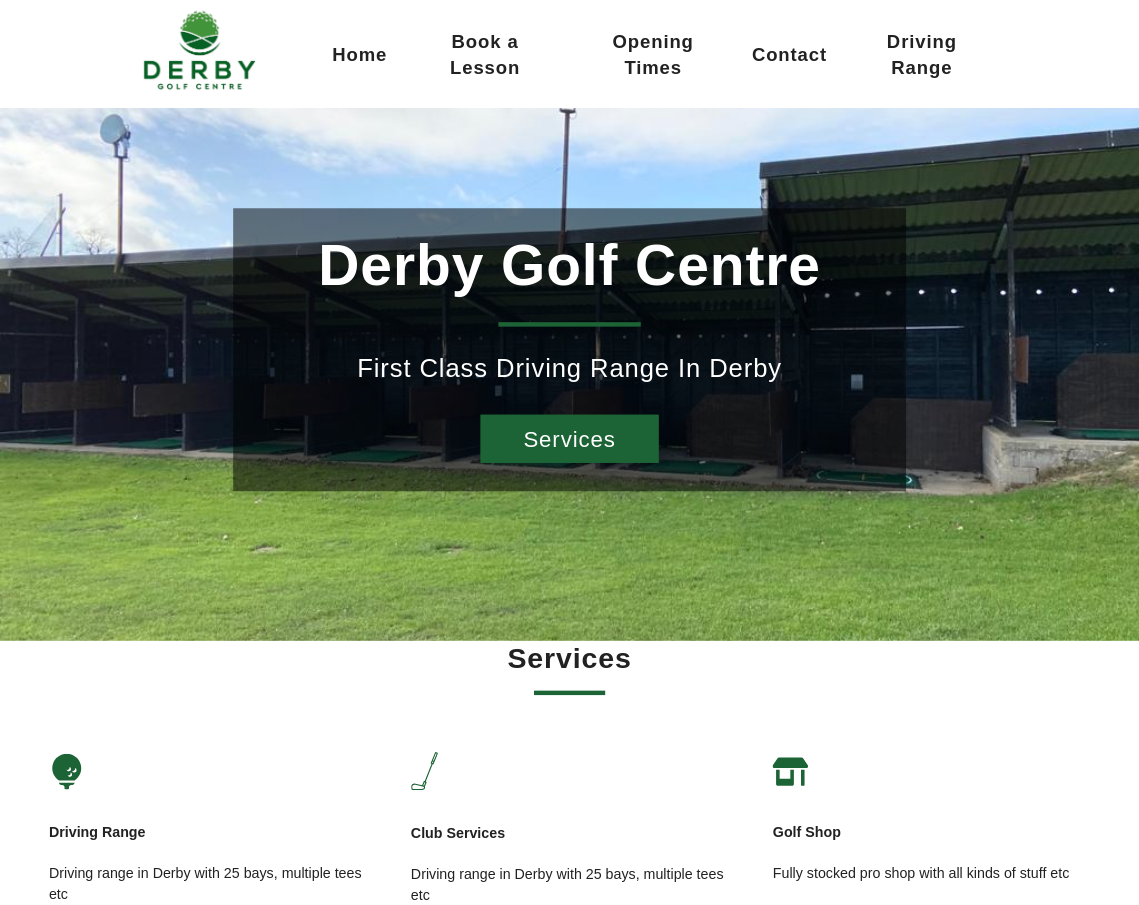
Repository: frankinstyyn/nigeljamesconsulting
Page: /
These files come from the project's save history. The page is drawn as it stood at one moment and after the next save; the edit follows.
The browser window is 1280 px wide. The pictures show the whole page, at 89% of full size.
Some web fonts or font styles are not loaded; a fallback is used. The project was rebuilt for these pictures with package versions that can differ from the ones it lists, and the page was loaded fresh each time. Also part of the build but not shown: src/pages/Lesson.js, src/pages/SingleRoom.js, src/pages/Error.js.

Above is the page before, as saved 2021-01-08 17:53:45.

### public/index.html
<!DOCTYPE html>
<html lang="en">
  <head>
    <meta charset="utf-8" />
    <link rel="icon" href="%PUBLIC_URL%/favicon.ico" />
    <meta name="viewport" content="width=device-width, initial-scale=1" />
    <meta name="theme-color" content="#000000" />
    <meta
      name="description"
      content="Web site created using create-react-app"
    />
    <link rel="apple-touch-icon" href="%PUBLIC_URL%/logo192.png" />
    <!--
      manifest.json provides metadata used when your web app is installed on a
      user's mobile device or desktop. See https://developers.google.com/web/fundamentals/web-app-manifest/
    -->
    <link rel="manifest" href="%PUBLIC_URL%/manifest.json" />
    <!--
      Notice the use of %PUBLIC_URL% in the tags above.
      It will be replaced with the URL of the `public` folder during the build.
      Only files inside the `public` folder can be referenced from the HTML.

      Unlike "/favicon.ico" or "favicon.ico", "%PUBLIC_URL%/favicon.ico" will
      work correctly both with client-side routing and a non-root public URL.
      Learn how to configure a non-root public URL by running `npm run build`.
    -->
    <title>Derby Golf Centre</title>
  </head>
  <body>
    <noscript>You need to enable JavaScript to run this app.</noscript>
    <div id="root"></div>
    <!--
      This HTML file is a template.
      If you open it directly in the browser, you will see an empty page.

      You can add webfonts, meta tags, or analytics to this file.
      The build step will place the bundled scripts into the <body> tag.

      To begin the development, run `npm start` or `yarn start`.
      To create a production bundle, use `npm run build` or `yarn build`.
    -->
  </body>
</html>

### src/index.js
import React from "react";
import ReactDOM from "react-dom";
import "./index.css";
import { BrowserRouter as Router } from "react-router-dom";
import App from "./App";
import reportWebVitals from "./reportWebVitals";

ReactDOM.render(
  <Router>
    <App />
  </Router>,
  document.getElementById("root")
);

// If you want to start measuring performance in your app, pass a function
// to log results (for example: reportWebVitals(console.log))
// or send to an analytics endpoint. Learn more: https://bit.ly/CRA-vitals
reportWebVitals();

### src/index.css
@import url("https://fonts.googleapis.com/css2?family=Darker+Grotesque:wght@300;800&display=swap");

body {
  margin: 0;
  font-family: -apple-system, BlinkMacSystemFont, "Segoe UI", "Roboto", "Oxygen",
    "Ubuntu", "Cantarell", "Fira Sans", "Droid Sans", "Helvetica Neue",
    sans-serif;
  -webkit-font-smoothing: antialiased;
  -moz-osx-font-smoothing: grayscale;
}

code {
  font-family: source-code-pro, Menlo, Monaco, Consolas, "Courier New",
    monospace;
}

### src/App.js
import "./App.css";
import Home from "./pages/Home";
import Lesson from "./pages/Lesson";
import SingleRoom from "./pages/SingleRoom";
import Error from "./pages/Error";

import { Route, Switch } from "react-router-dom";

import Navbar from "./components/Navbar";

function App() {
  return (
    <>
      <Navbar />
      <Switch>
        <Route exact path="/" component={Home} />
        <Route exact path="/lesson" component={Lesson} />
        <Route exact path="/lesson/:slug" component={SingleRoom} />
        <Route component={Error} />
      </Switch>
    </>
  );
}

export default App;

### src/App.css
* {
  margin: 0;
  padding: 0;
  box-sizing: border-box;
  font-family: "Darker Grotesque", sans-serif;
}
:root {
  --primaryColor: #1c6435;
  --mainWhite: #fff;
  --offWhite: #f7f7f7;
  --mainBlack: #222;
  --mainGrey: #ececec;
  --darkGrey: #cfcfcf;
  --mainTransition: all 0.3s linear;
  --mainSpacing: 1px;
  --lightShadow: 2px 5px 3px 0px rgba(0, 0, 0, 0.5);
  --darkShadow: 4px 10px 5px 0px rgba(0, 0, 0, 0.5);
}
/* globals */
body {
  padding-top: 66px;
  color: var(--mainBlack);
  background: var(--mainWhite);
  font-family: Verdana, Geneva, Tahoma, sans-serif;
  line-height: 1.4;
}
h1 {
  font-size: 3em;
  line-height: 1;
  margin-bottom: 0.5em;
}
h2 {
  font-size: 2em;
  margin-bottom: 0.75em;
}
h3 {
  font-size: 1.5em;
  line-height: 1;
  margin-bottom: 1em;
}
h4 {
  font-size: 1.2em;
  line-height: 1.25;
  margin-bottom: 1.25em;
}
h5 {
  font-size: 1em;
  font-weight: bold;
  margin-bottom: 1.5em;
}
h6 {
  font-size: 1em;
  font-weight: bold;
  margin-bottom: 1.5em;
}

.btn-primary {
  display: inline-block;
  text-decoration: none;
  letter-spacing: var(--mainSpacing);
  color: var(--mainWhite);
  background: var(--primaryColor);
  padding: 0.4rem 0.9rem;
  border: 3px solid var(--primaryColor);
  transition: var(--mainTransition);
  /* text-transform: uppercase; */
  cursor: pointer;
  width: 200px;
  font-size: 25px;
}
.btn-primary:hover {
  background: transparent;
  color: var(--primaryColor);
}
.loading {
  text-transform: capitalize;
  text-align: center;
  margin-top: 3rem;
}
.error {
  text-align: center;
  text-transform: uppercase;
  margin: 2rem 0;
}
.empty-search {
  text-align: center;
  text-transform: capitalize;
  margin: 2rem 0;
  padding: 1rem;
  letter-spacing: var(--mainSpacing);
}
/* end of globals */
/* Navbar */
.logo {
  height: 91px;
}
.navbar {
  position: fixed;
  top: 0;
  left: 0;
  width: 100%;
  padding: 0.75rem 2rem;
  background: var(--mainWhite);
  z-index: 1;
  display: inline-block;
  vertical-align: middle;
  text-align: center;
}
.nav-header {
  display: flex;
  justify-content: space-between;
}
.nav-btn {
  background: transparent;
  border: none;
  cursor: pointer;
  outline: none;
  color: red;
}
.nav-icon {
  font-size: 1.5rem;
  color: var(--primaryColor);
}
.nav-links {
  height: 0;
  overflow: hidden;
  transition: var(--mainTransition);
  list-style-type: none;
  align-items: center;
}
.nav-links a {
  display: block;
  text-decoration: none;
  padding: 1rem;
  color: var(--mainBlack);
  transition: var(--mainTransition);
  text-align: center;
  font-size: 1.3rem;
  font-weight: 600;
  letter-spacing: var(--mainSpacing);
}
.nav-links a:hover {
  color: var(--mainWhite);
  background: var(--primaryColor);
}

.show-nav {
  height: 310px;
}
@media screen and (min-width: 1028px) {
  .nav-btn {
    display: none;
  }
  .nav-center {
    max-width: 1170px;
    margin: 0 10%;
    display: flex;
  }
  .nav-links {
    height: auto;
    display: flex;
    margin-left: 4rem;
  }
  .nav-links a {
    /* margin: 0 1rem; */
    padding: 1rem;
  }
}
/* end of navbar */
/* Hero */
.defaultHero,
.lessonHero {
  min-height: calc(100vh - 66px);
  background: url("./images/defaultBcg.jpeg") center/cover no-repeat;
  display: flex;
  align-items: center;
  justify-content: center;
}
.lessonHero {
  background-image: url("./images/room-2.jpeg");
  /* min-height: 60vh; */
}
/* End of Hero */
/* Banner */
.banner {
  display: inline-block;
  background: rgba(0, 0, 0, 0.5);
  color: var(--mainWhite);
  padding: 2rem 1rem;
  text-align: center;
  text-transform: capitalize;
  letter-spacing: var(--mainSpacing);
}
.banner h1 {
  font-size: 2.5rem;
}
.banner div {
  width: 10rem;
  height: 5px;
  background: var(--primaryColor);
  margin: 1.7rem auto;
}
.banner p {
  font-size: 1.8rem;
  margin-bottom: 2rem;
}
@media screen and (min-width: 576px) {
  .banner {
    padding: 2rem 3rem;
  }
  .banner h1 {
    font-size: 3rem;
  }
}
@media screen and (min-width: 992px) {
  .banner {
    padding: 2rem 6rem;
  }
  .banner h1 {
    font-size: 4rem;
  }
}
/* End of Banner */
/* Title */
.section-title {
  text-align: center;
  margin-bottom: 4rem;
}
.section-title h4 {
  font-size: 2rem;
  letter-spacing: var(--mainSpacing);
  text-transform: capitalize;
  margin-bottom: 1rem;
}
.section-title div {
  width: 5rem;
  height: 5px;
  margin: 0 auto;
  background: var(--primaryColor);
}
/* end of Title */

/* services */
.services {
  padding: 5rem 0;
}
.services {
  background: var(--darkGrey);
  text-align: center;
}
.services-center {
  width: 90vw;
  margin: 0 auto;
  display: grid;
  grid-template-columns: repeat(auto-fit, minmax(255px, 1fr));
  grid-row-gap: 2rem;
  grid-column-gap: 50px;
}
.service span {
  display: inline-block;
  color: var(--primaryColor);
  font-size: 2.5rem;
  margin-bottom: 1.5rem;
}
.services h6 {
  letter-spacing: var(--mainSpacing);
}
.services p {
  width: 80%;
  margin: 0 auto;
}

.servicesImg {
  width: 30px;
  stroke: var(--primaryColor);
  stroke-width: 10;
}
@media screen and (min-width: 992px) {
  .services-center {
    width: 95vw;
    max-width: 1170px;
  }
}

@media screen and (min-width: 1200px) {
  .services p {
    width: 100%;
  }
}
/*end of services */
/* featured rooms */

.featured-rooms {
  padding: 5rem 0;
}
.featured-rooms-center {
  width: 80vw;
  margin: 0 auto;
  display: grid;
  grid-template-columns: repeat(auto-fit, minmax(270px, 1fr));
  grid-row-gap: 2rem;
  grid-column-gap: 40px;
}
@media screen and (min-width: 776px) {
  .featured-rooms-center {
    width: 90vw;
    grid-template-columns: repeat(auto-fit, minmax(330px, 1fr));
  }
}
@media screen and (min-width: 992px) {
  .featured-rooms-center {
    width: 95vw;
    max-width: 1170px;
  }
}
/* end pf featured rooms */
/* room */
.room {
  box-shadow: var(--lightShadow);
  transition: var(--mainTransition);
}
.room:hover {
  box-shadow: var(--darkShadow);
}

.img-container {
  position: relative;
}
.img-container img {
  width: 100%;
  display: block;
  transition: var(--mainTransition);
}
.price-top {
  position: absolute;
  top: 0;
  left: 0;
  background: rgba(0, 0, 0, 0.8);
  color: var(--mainWhite);
  padding: 0.3rem 0.6rem 0.5rem;
  border-bottom-right-radius: 1rem;
  font-size: 0.5rem;
  text-align: center;
  transition: var(--mainTransition);
}
.price-top h6 {
  margin-bottom: 0;
  font-size: 0.9rem;
  font-weight: 300;
  letter-spacing: var(--mainSpacing);
}
.room-link {
  position: absolute;
  top: 50%;
  left: 50%;
  transform: scale(0);
  transition: all 0.3s linear;
}
.img-container:hover {
  background: rgba(0, 0, 0, 0.8);
}
.img-container:hover img {
  opacity: 0.3;
}
.img-container:hover .price-top {
  opacity: 0;
}
.img-container:hover .room-link {
  transform: translate(-50%, -50%) scale(1);
}
.room-info {
  background: var(--darkGrey);
  text-transform: capitalize;
  padding: 0.5rem 0;
  text-align: center;
  font-weight: 700;
  letter-spacing: var(--mainSpacing);
}
/* end of room  */
/* single room*/

.single-room {
  padding: 5rem 0 0 0;
}
.single-room-images {
  width: 80vw;
  margin: 0 auto;
  display: grid;
  grid-template-columns: repeat(auto-fit, minmax(350px, 1fr));
  grid-row-gap: 2rem;
  grid-column-gap: 50px;
}
.single-room-images img {
  width: 100%;
  display: block;
}
.single-room-info {
  width: 80vw;
  display: grid;
  grid-template-columns: 1fr;
  margin: 2rem auto;
}
.desc,
.info {
  margin: 1rem 0;
}
.desc h3 {
  text-transform: capitalize;
  letter-spacing: var(--mainSpacing);
}
.desc p {
  line-height: 1.5;
}
.info h3,
.info h6 {
  text-transform: capitalize;
  letter-spacing: var(--mainSpacing);
}

.info h6 {
  font-weight: 300;
}
.room-extras {
  width: 80vw;
  margin: 0 auto 3rem auto;
}
.room-extras h6 {
  text-transform: capitalize;
  letter-spacing: var(--mainSpacing);
}
.extras {
  list-style-type: none;
  display: grid;
  grid-template-columns: repeat(auto-fit, minmax(330px, 1fr));
  grid-column-gap: 2rem;
  grid-row-gap: 1rem;
}
@media screen and (min-width: 992px) {
  .single-room-images,
  .single-room-info,
  .room-extras {
    width: 95vw;
    max-width: 1170px;
  }
  .single-room-info {
    display: grid;
    grid-template-columns: 1fr 1fr;
    grid-column-gap: 2rem;
  }
  .info {
    padding-left: 3rem;
  }
}
/* end of single room*/
/* roomlist */
.roomslist {
  padding: 5rem 0;
}
.roomslist-center {
  width: 80vw;
  margin: 0 auto;
  display: grid;
  grid-template-columns: repeat(auto-fill, minmax(270px, 1fr));
  grid-row-gap: 2rem;
  grid-column-gap: 30px;
}

@media screen and (min-width: 776px) {
  .roomslist-center {
    width: 90vw;
  }
}
@media screen and (min-width: 992px) {
  .roomslist-center {
    width: 95vw;
    max-width: 1170px;
  }
}
/* end of roomlist */
/*  rooms fitler*/
.filter-container {
  padding: 5rem 0;
}
.filter-form {
  width: 60vw;
  margin: 0 auto;
  display: grid;
  grid-template-columns: repeat(auto-fit, minmax(202px, 1fr));
  grid-row-gap: 2rem;
  grid-column-gap: 40px;
}
.form-group {
  text-transform: capitalize;
}
.form-group label {
  display: block;
  letter-spacing: var(--mainSpacing);
  margin-bottom: 0.5rem;
}
.form-control {
  width: 100%;
  background: transparent;
  font-size: 1rem;
}
.size-inputs {
  display: flex;
}
.size-input {
  width: 40%;
  padding: 0.2rem;
  border: 1px solid var(--mainBlack);
  border-radius: 0.3rem;
  margin-right: 0.3rem;
}
.single-extra label {
  display: inline-block;
  font-size: 0.8rem;
  margin-left: 0.5rem;
}
@media screen and (min-width: 776px) {
  .filter-form {
    width: 70vw;
  }
}
@media screen and (min-width: 992px) {
  .filter-form {
    width: 95vw;
    max-width: 1170px;
  }
}
/* end of rooms fitler*/

### src/pages/Home.js
import React from "react";
import Hero from "../components/Hero";
import Banner from "../components/Banner";
import { Link } from "react-router-dom";
import Services from "../components/Services"

export default function Home() {
  return (
    <>
    <Hero hero="defaultHero" >
      <Banner title="Derby Golf Centre" subtitle="First class Driving Range in Derby">
        <Link to="/lesson" className="btn-primary">
          Services
      </Link>
      </Banner>
      </Hero>
      <Services />
      </>
  );
}

### src/components/Navbar.js
import React, { Component } from "react";
// import { IoGolf } from "react-icons/io5";
import logo from "../images/sdrlogo.jpeg";
import { FaAlignRight } from "react-icons/fa";
import { Link } from "react-router-dom";

export default class Navbar extends Component {
  state = {
    isOpen: false,
  }
  handleToggle = () => {
    this.setState({ isOpen: !this.state.isOpen });
  }
  render() {
    return <nav className="navbar">
      <div class="nav-center">
        <div class="nav-header">
          <Link to="/">
            <img className="logo" src={logo} alt="Derby Golf Centre" />
          </Link>
          <button type="button" className="nav-btn" onClick={this.handleToggle}>
            <FaAlignRight className="nav-icon" />
          </button>
        </div>
        <ul className={this.state.isOpen ? "nav-links show-nav" : "nav-links"}>
          <li>
            <Link to="/">Home</Link>
          </li>
          <li>
            <Link to="/lesson">Book a Lesson</Link>
          </li>
          <li>
            <Link to="/opening-times">Opening Times</Link>
          </li>
          <li>
            <Link to="/contact">Contact</Link>
          </li>
          <li>
            <Link to="/driving-range">Driving Range</Link>
          </li>
        </ul>
      </div>
    </nav>;
  }
}

### src/components/Hero.js
import React from 'react'

export default function Hero({children, hero}) {
    return (
        <header className={hero}>{children}</header>
    )
}

### src/components/Banner.js
import React from 'react'

export default function Banner({children,title,subtitle}) {
    return (
        <div className="banner">
            <h1>{title}</h1>
            <div></div>
            <p>{subtitle}</p>
            {children}
        </div>
    )
}

### src/components/Services.js
import React, { Component } from 'react'
import { FaGolfBall, FaStoreAlt } from 'react-icons/fa'
import golfclub from '../images/golf-club.svg'
import Title from "./Title"


export default class Services extends Component {
    state = {
        services: [
            {
                icon: <FaGolfBall />,
                title: "Driving Range",
                info: "Driving range in Derby with 25 bays, multiple tees etc"
            },
            {
                icon: <img src={golfclub} className="servicesImg" alt="Club Services"/>,
                title: "Club Services",
                info: "Driving range in Derby with 25 bays, multiple tees etc"
            },
            {
                icon: <FaStoreAlt />,
                title: "Golf Shop",
                info: "Fully stocked pro shop with all kinds of stuff etc"
            }
        ]
    };
    render() {
        return (
            <section className="Services">
                <Title title="services" />
                <div className="services-center">
                    {this.state.services.map((item, index) => {
                        return (
                            <article key={index} className="service">
                                <span>{item.icon}</span>
                                <h6>{item.title}</h6>
                                <p>{item.info}</p>
                            </article>
                        )
                    })}
                </div>
            </section>
        )
    }
}

Loaded but not shown: src/reportWebVitals.js (common file); src/components/Title.js (common file)

After the next save:
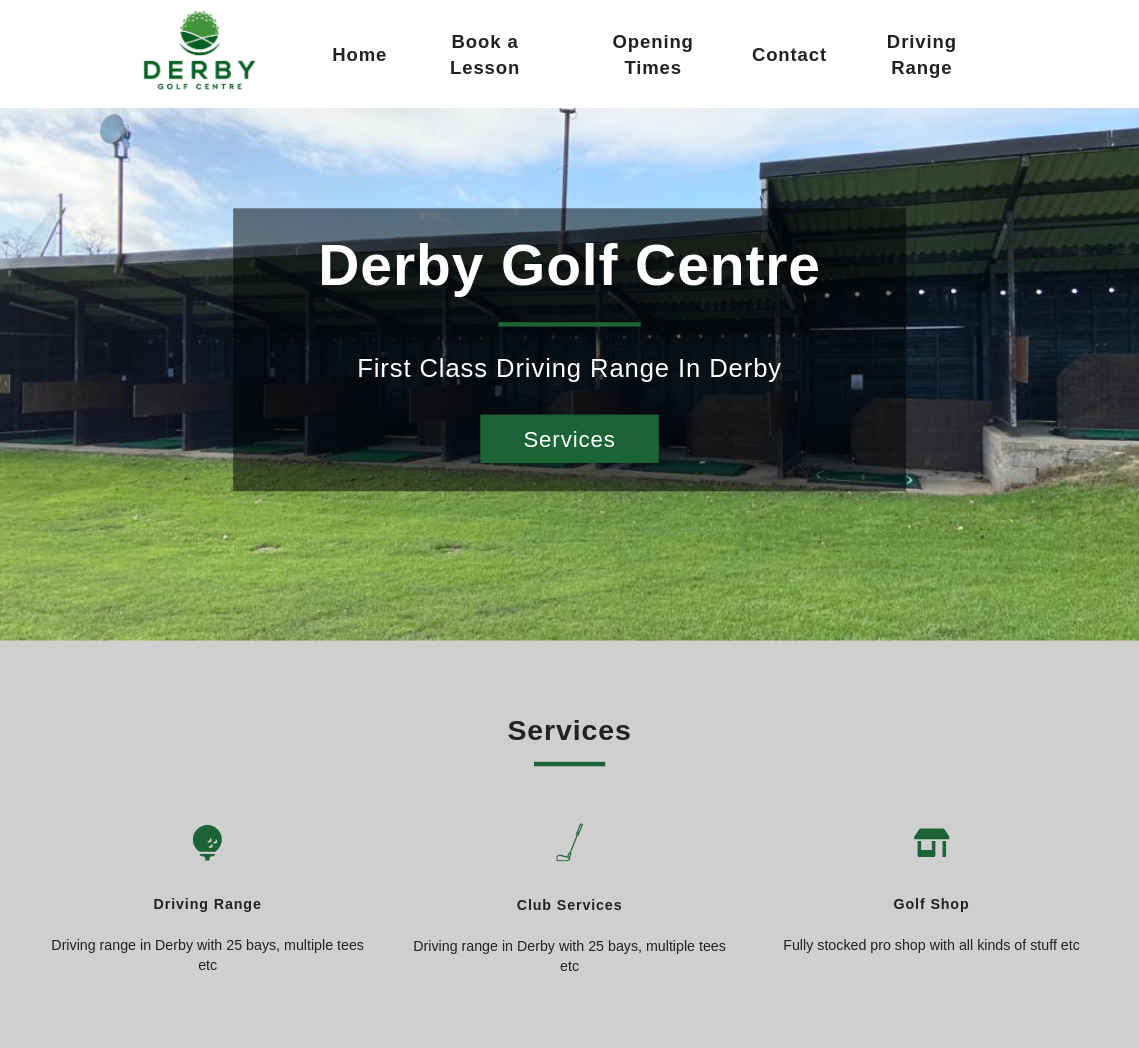
Saved 16 s later.
--- a/src/components/Services.js
+++ b/src/components/Services.js
@@ -26,7 +26,7 @@
     };
     render() {
         return (
-            <section className="Services">
+            <section className="services">
                 <Title title="services" />
                 <div className="services-center">
                     {this.state.services.map((item, index) => {
